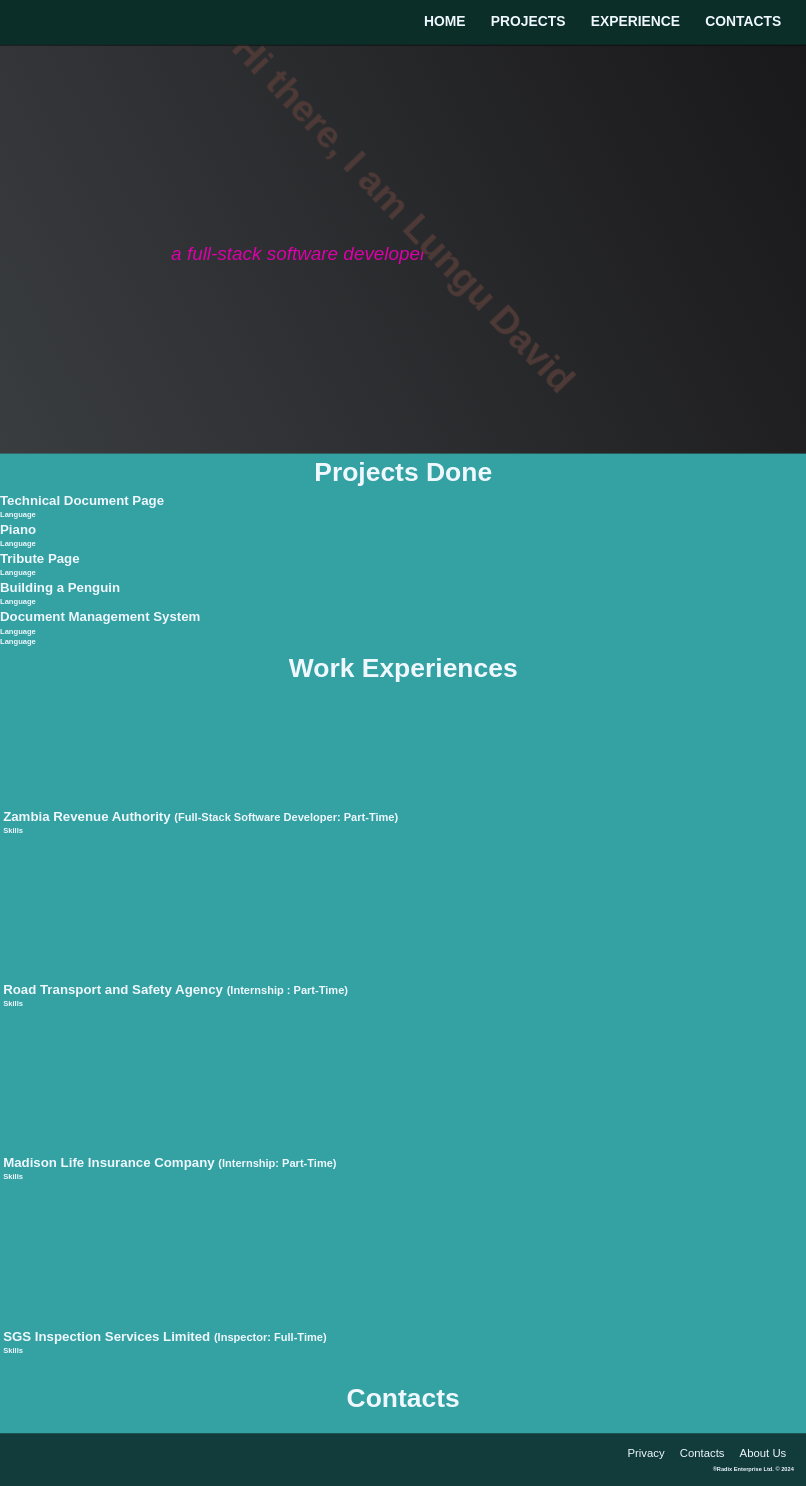
Repository: Lungdjos/personal_portifolio
Page: html/index.html
An editor plug-in stored every save of this project. The page is shown before and after the next save, followed by the edit.
The browser window is 1280 px wide. The pictures show the whole page, at 63% of full size.

Above is the page before, as saved 2024-02-02 01:23:13.

After the next save:
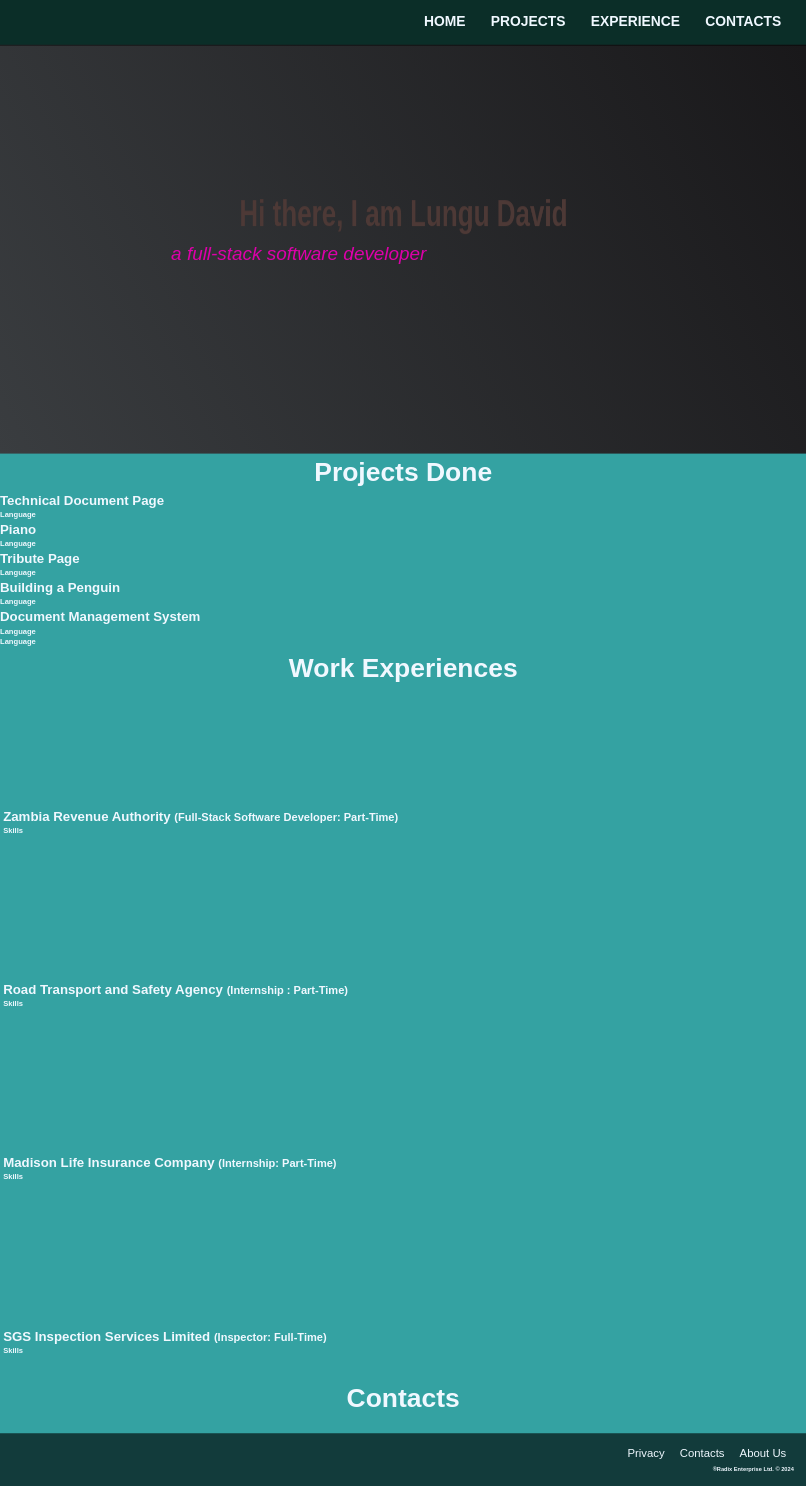
Saved 32 s later.
--- a/css/styles.css
+++ b/css/styles.css
@@ -218,7 +218,7 @@
         color: #333;
     }
     100% {
-        transform: rotate(360deg);
+        transform: rotateY(360deg);
         color: #ff6347;
         /* Change to the desired color */
     }

After the save that followed:
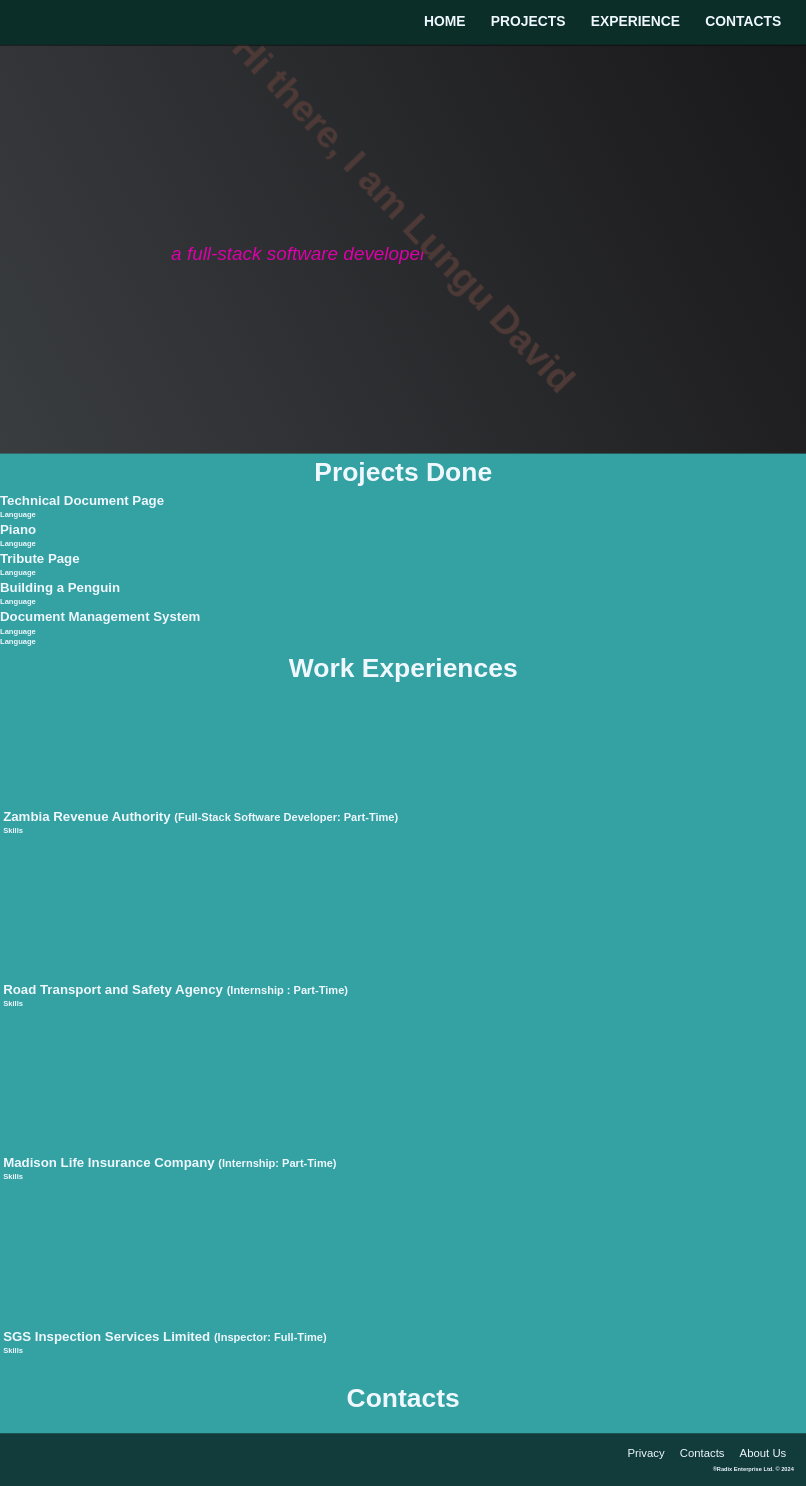
Saved 27 s later.
--- a/css/styles.css
+++ b/css/styles.css
@@ -218,7 +218,7 @@
         color: #333;
     }
     100% {
-        transform: rotateY(360deg);
+        transform: rotate(360deg);
         color: #ff6347;
         /* Change to the desired color */
     }
